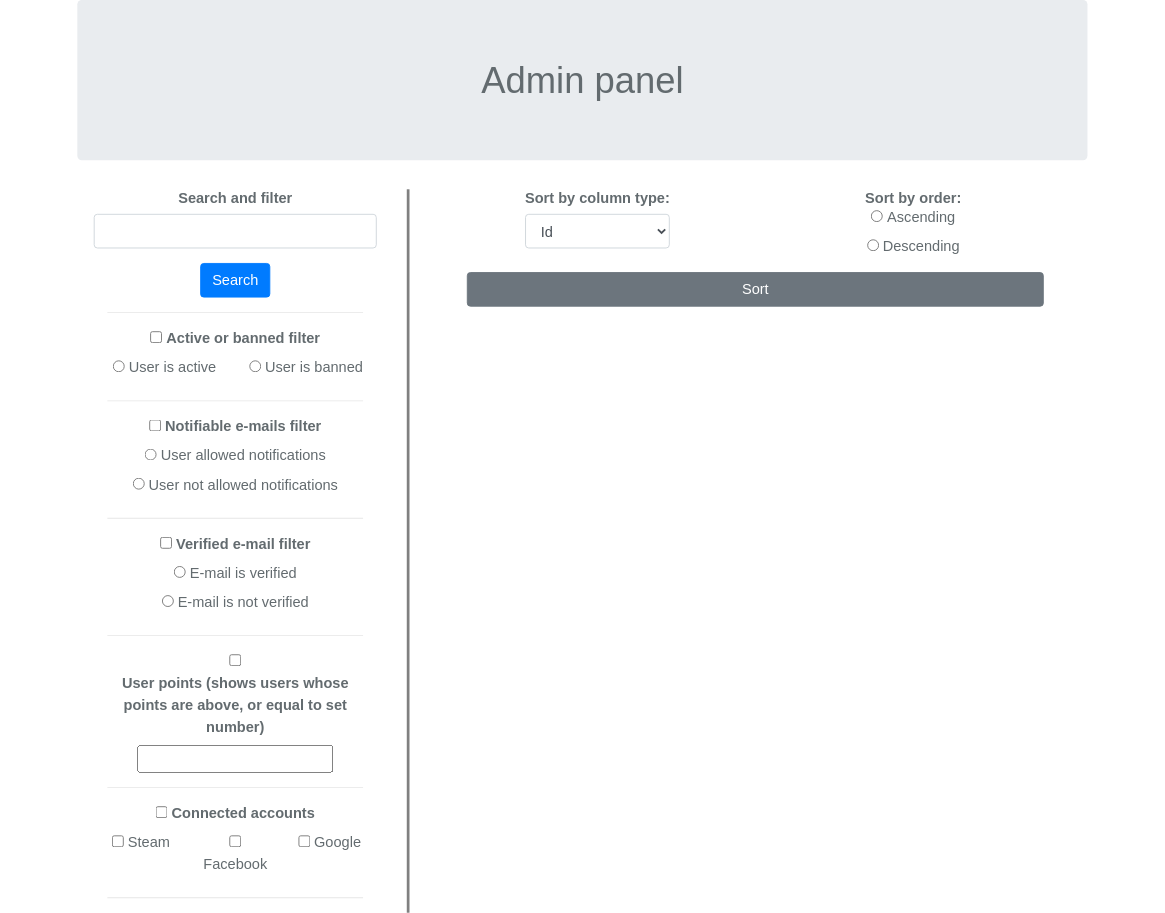
Repository: WOLVGVNG/gameclan
Page: resources/views/admin_panel.blade.php
The author's editor kept a copy of each file at every save. The page is drawn from the files as they stood at one save, then again after a run of saves.
The browser window is 1280 px wide. The pictures show the whole page, at 91% of full size.
The page is served by the project's Laravel application, run on PHP 8.4 with Laravel 8. Other server files are loaded and not shown. The template is opened directly, without the code that normally fills it, so the values that code supplies are empty.

Above is the page before, as saved 2019-03-20 22:56:34.

### routes/web.php
<?php

/*
|--------------------------------------------------------------------------
| Web Routes
|--------------------------------------------------------------------------
|
| Here is where you can register web routes for your application. These
| routes are loaded by the RouteServiceProvider within a group which
| contains the "web" middleware group. Now create something great!
|
*/

Route::get('/', 'AdminPanelController@index');

### resources/views/admin_panel.blade.php
@extends('layout.app')
@section('content')
<div class='container text-center'>
    <h1 class='jumbotron'>Admin panel</h1>
    <form action='/' method='GET'>
        <div class='row'>
            <div class='col-md-4 px-4 px-md-5' style='border-right: 3px solid gray'>
                <!-----------------------------SZUKANIE---------------------------->
                <div class='row'>
                    <h6 class='font-weight-bold mx-auto'>Search and filter</h6>
                    <input type='text' class='form-control' name='search' value='{{ session('search') }}'>
                </div>
                <div class='row'>
                    <button type='submit' class='btn btn-primary mt-3 mx-auto'>Search</button>
                </div>
                <hr>

                <!-----------------------------FILTROWANIE---------------------------->
                <input type='checkbox' name='filter_active_switch' id='active_switch' value=true @if(session('filter_active_switch')==true) echo checked @endif>
                <label for='active_switch' class='font-weight-bold text-center'>Active or banned filter</label>
                <div class='row'>
                    <div class='col'>
                        <input type='radio' name='filter_active' id='active' value='active' @if(session('filter_active')=='active') echo checked @endif>
                        <label for='active'>User is active</label>
                    </div>
                    <div class='col'>
                        <input type='radio' name='filter_active' id='banned' value='banned' @if(session('filter_active  ')=='banned') echo checked @endif>
                        <label for='banned'>User is banned</label>
                    </div>
                </div>

                <hr>

                <input type='checkbox' name='filter_notifiable_email_switch' id='notifiable_email_switch' value=true @if(session('filter_notifiable_email_switch')==true) echo checked @endif>
                <label for='notifiable_email_switch' class='font-weight-bold text-center'>Notifiable e-mails filter</label>
                <div class='row'>
                    <div class='col mx-auto'>
                        <div class='col-12'>
                            <input type='radio' name='filter_notifiable_email' id='notifiable_email_yes' value='true' @if(session('filter_notifiable_email')=='true') echo checked @endif>
                            <label for='notifiable_email_yes'>User allowed notifications</label>
                        </div>
                        <div class='col-12'>
                            <input type='radio' name='filter_notifiable_email' id='notifiable_email_no' value='false' @if(session('filter_notifiable_email')=='false') echo checked @endif>
                            <label for='notifiable_email_no'>User not allowed notifications</label>
                        </div>
                    </div>
                </div>

                <hr>

                {{--<input type='checkbox' name='filter_emails_switch' id='email_switch' value=true @if(session('filter_emails_switch')==true) echo checked @endif>
                <label for='email_switch' class='font-weight-bold text-center'>Users' email's providers</label>
                <div class='row'>
                    <div class='col'>
                        <input type='checkbox' name='filter_emails[]' id='gmail' value='gmail'>
                        <label for='gmail'>Gmail</label>
                    </div>
                    <div class='col'>
                        <input type='checkbox' name='filter_emails[]' id='outlook' value='outlook'>
                        <label for='outlook'>Outlook</label>
                    </div>
                    <div class='col'>
                        <input type='checkbox' name='filter_emails[]' id='yahoo' value='yahoo'>
                        <label for='yahoo'>Yahoo</label>
                    </div>
                    <div class='col'>
                        <input type='checkbox' name='filter_emails[]' id='yandex' value='yandex'>
                        <label for='yandex'>Yandex</label>
                    </div>
                    <div class='col'>
                        <input type='checkbox' name='filter_emails[]' id='icloud' value='icloud'>
                        <label for='icloud'>Icloud</label>
                    </div>
                    <div class='col'>
                        <input type='checkbox' name='filter_emails[]' id='onet' value='onet'>
                        <label for='onet'>Onet</label>
                    </div>
                </div>--}}

                <input type='checkbox' name='filter_verified_email_switch' id='verified_email_switch' value=true @if(session('filter_verified_email_switch')==true) echo checked @endif>
                <label for='verified_email_switch' class='font-weight-bold text-center'>Verified e-mail filter</label>
                <div class='row'>
                    <div class='col mx-auto'>
                        <div class='col-12'>
                            <input type='radio' name='filter_verified_email' id='verified_email_yes' value='true' @if(session('filter_verified_email')=='true') echo checked @endif>
                            <label for='verified_email_yes'>E-mail is verified</label>
                        </div>
                        <div class='col-12'>
                            <input type='radio' name='filter_verified_email' id='verified_email_no' value='false' @if(session('filter_verified_email')=='false') echo checked @endif>
                            <label for='verified_email_no'>E-mail is not verified</label>
                        </div>
                    </div>
                </div>

                <hr>

                <input type='checkbox' name='filter_points_switch' id='points_switch' value=true @if(session('filter_points_switch')==true) echo checked @endif>
                <label for='points_switch' class='font-weight-bold text-center'>User points (shows users whose points are above, or equal to set number)</label>
                <div class='row'>
                    <div class='col-12'>
                        <input type='number' name='filter_points' value={{session('filter_points')}}>
                    </div>
                </div>

                <hr>

                <input type='checkbox' name='filter_connected_accounts_switch' id='connected_accounts_switch' value=true @if(session('filter_connected_accounts_switch')==true) echo checked @endif>
                <label for='connected_accounts_switch' class='font-weight-bold text-center'>Connected accounts</label>
                <div class='row'>
                    <div class='col'>
                        <input type='checkbox' name='filter_connected_accounts_steam' id='connected_accounts_steam' value='steam' @if(session('filter_connected_accounts_steam')=='steam') echo checked @endif>
                        <label for='connected_accounts_steam'>Steam</label>
                    </div>
                    <div class='col'>
                        <input type='checkbox' name='filter_connected_accounts_facebook' id='connected_accounts_facebook' value='facebook' @if(session('filter_connected_accounts_facebook')=='facebook') echo checked @endif>
                        <label for='connected_accounts_facebook'>Facebook</label>
                    </div>
                    <div class='col'>
                        <input type='checkbox' name='filter_connected_accounts_google' id='connected_accounts_google' value='google' @if(session('filter_connected_accounts_google')=='google') echo checked @endif>
                        <label for='connected_accounts_google'>Google</label>
                    </div>
                </div>

                <hr>
            </div>

            <div class='col-md-8 px-4 px-md-5'>
                <!-----------------------------SORTOWANIE---------------------------->
                <div class='row'>
                    <div class='col-sm-6'>
                        <h6 class='font-weight-bold mt-4 mt-md-0'>Sort by column type:</h6>
                        <select class='form-control w-50 mx-auto' name='sort_type' value='{{ session('sort_type') }}'>
                            {{--<option>{{ session('sort_type') }}</option>--}}
                            <option value='id' @if(session('sort_type') == 'id') echo selected @endif>Id</option>
                            <option value='user_name' @if(session('sort_type') == 'user_name') echo selected @endif>User name</option>
                            <option value='email' @if(session('sort_type') == 'email') echo selected @endif>E-mail</option>
                            <option value='notifiable_email' @if(session('sort_type') == 'notifiable_email') echo selected @endif>Notifiable email</option>
                            <option value='email_verified_at' @if(session('sort_type') == 'email_verified_at') echo selected @endif>Email verification date</option>
                            <option value='points' @if(session('sort_type') == 'points') echo selected @endif>Points</option>
                            <option value='steam_id' @if(session('sort_type') == 'steam_id') echo selected @endif>Steam id</option>
                            <option value='facebook_id' @if(session('sort_type') == 'facebook_id') echo selected @endif>Facebook id</option>
                            <option value='google_id' @if(session('sort_type') == 'google_id') echo selected @endif>Google id</option>
                            <option value='geo' @if(session('sort_type') == 'geo') echo selected @endif>Country</option>
                            <option value='lang' @if(session('sort_type') == 'lang') echo selected @endif>Language</option>
                            <option value='ref' @if(session('sort_type') == 'ref') echo selected @endif>Ref</option>
                            <option value='ref_status' @if(session('sort_type') == 'ref_status') echo selected @endif>Ref status</option>
                            <option value='ref_code' @if(session('sort_type') == 'ref_code') echo selected @endif>Ref code</option>
                            <option value='deleted_at' @if(session('sort_type') == 'deleted_at') echo selected @endif>The date of removal</option>
                            <option value='created_at' @if(session('sort_type') == 'created_at') echo selected @endif>Creation date</option>
                            <option value='updated_at' @if(session('sort_type') == 'updated_at') echo selected @endif>Update date</option>
                        </select>
                    </div>
                    <div class='col-sm-6'>
                        <h6 class='font-weight-bold my-4 my-md-0'>Sort by order:</h6>
                        <input type='radio' name='sort_order' value='asc' id='asc'
                                @if(session('sort_order') == 'asc') echo checked @endif>
                        <label for='asc'>Ascending</label>
                        <br>
                        <input type='radio' name='sort_order' value='desc' id='desc'
                                @if(session('sort_order') == 'desc') echo checked @endif>
                        <label for='desc'>Descending</label>
                    </div>
                </div>
                <div class='col mt-2 mb-5'>
                    <button type='submit' class='btn btn-block btn-secondary'>Sort</button>
                </div>
            </form>

            <!-----------------------------WYŚWIETLANIE---------------------------->
            @foreach($users as $user)
                <div class='row mb-5 user-part-div'>
                    <div class='user-part-div col'>
                        <p class='font-weight-bold'>id</p>
                        <p>{{$user->id}}</p>
                    </div>
                    <div class='user-part-div col'>
                        <p class='font-weight-bold'>user_name</p>
                        <p>{{$user->user_name}}</p>
                    </div>
                    <div class='user-part-div col'>
                        <p class='font-weight-bold'>email</p>
                        <p>{{$user->email}}</p>
                    </div>
                    @if(isset($user->email_verified_at))
                        <div class='user-part-div col'>
                            <p class='font-weight-bold'>email_verified_at</p>
                            <p>{{$user->email_verified_at}}</p>
                        </div>
                    @endif
                    @if(isset($user->email_verified_at))
                        <div class='user-part-div col'>
                            <p class='font-weight-bold'>remember_token</p>
                            <p>{{$user->remember_token}}</p>
                        </div>
                    @endif
                    <div class='user-part-div col'>
                        <p class='font-weight-bold'>avatar</p>
                        <p>{{$user->avatar}}</p>
                    </div>
                    <div class='user-part-div col'>
                        <p class='font-weight-bold'>points</p>
                        <p>{{$user->points}}</p>
                    </div>
                    @if(isset($user->steam_id))
                        <div class='user-part-div col'>
                            <p class='font-weight-bold'>steam_id</p>
                            <p>{{$user->steam_id}}</p>
                        </div>
                    @endif
                    @if(isset($user->facebook_id))
                        <div class='user-part-div col'>
                            <p class='font-weight-bold'>facebook_id</p>
                            <p>{{$user->facebook_id}}</p>
                        </div>
                    @endif
                    @if(isset($user->google_id))
                        <div class='user-part-div col'>
                            <p class='font-weight-bold'>google_id</p>
                            <p>{{$user->google_id}}</p>
                        </div>
                    @endif
                    <div class='user-part-div col'>
                        <p class='font-weight-bold'>geo</p>
                        <p>{{$user->geo}}</p>
                    </div>
                    <div class='user-part-div col'>
                        <p class='font-weight-bold'>lang</p>
                        <p>{{$user->lang}}</p>
                    </div>
                    @if(isset($user->ref))
                        <div class='user-part-div col'>
                            <p class='font-weight-bold'>ref</p>
                            <p>{{$user->ref}}</p>
                        </div>
                    @endif
                    @if(isset($user->ref_status))
                        <div class='user-part-div col'>
                            <p class='font-weight-bold'>ref_status</p>
                            <p>{{$user->ref_status}}</p>
                        </div>
                    @endif
                    <div class='user-part-div col'>
                        <p class='font-weight-bold'>ref_code</p>
                        <p>{{$user->ref_code}}</p>
                    </div>
                    @if(isset($user->deleted_at))
                        <div class='user-part-div col'>
                            <p class='font-weight-bold'>deleted_at</p>
                            <p>{{$user->deleted_at}}</p>
                        </div>
                    @endif
                    <div class='user-part-div col'>
                        <p class='font-weight-bold'>created_at</p>
                        <p>{{$user->created_at}}</p>
                    </div>
                    @if(isset($user->updated_at))
                        <div class='user-part-div col'>
                            <p class='font-weight-bold'>updated_at</p>
                            <p>{{$user->updated_at}}</p>
                        </div>
                    @endif
                </div>
            @endforeach
        </div>
    </div>

    <!-----------------------------PAGINACJA---------------------------->
    <div class='row'>
        <div class='mx-auto'>
            {{ $users->links() }}
        </div>
    </div>
</div>
@endsection

### resources/views/layout/app.blade.php
<!doctype html>
<html lang="{{ str_replace('_', '-', app()->getLocale()) }}">
    <head>
        <meta charset="utf-8">
        <meta name="viewport" content="width=device-width, initial-scale=1">

        <title>Laravel</title>

        <link rel="stylesheet" href="https://stackpath.bootstrapcdn.com/bootstrap/4.3.1/css/bootstrap.min.css" integrity="sha384-ggOyR0iXCbMQv3Xipma34MD+dH/1fQ784/j6cY/iJTQUOhcWr7x9JvoRxT2MZw1T" crossorigin="anonymous">

        <style>
            html, body {
                background-color: #fff;
                color: #636b6f;
                font-family: 'Nunito', sans-serif;
                font-weight: 200;
                height: 100vh;
                margin: 0;
            }

            .user-part-div {
                border: 2px solid gray;
            }
        </style>
    </head>
    <body>
        @yield('content')

    </body>
</html>

After the next 2 saves:
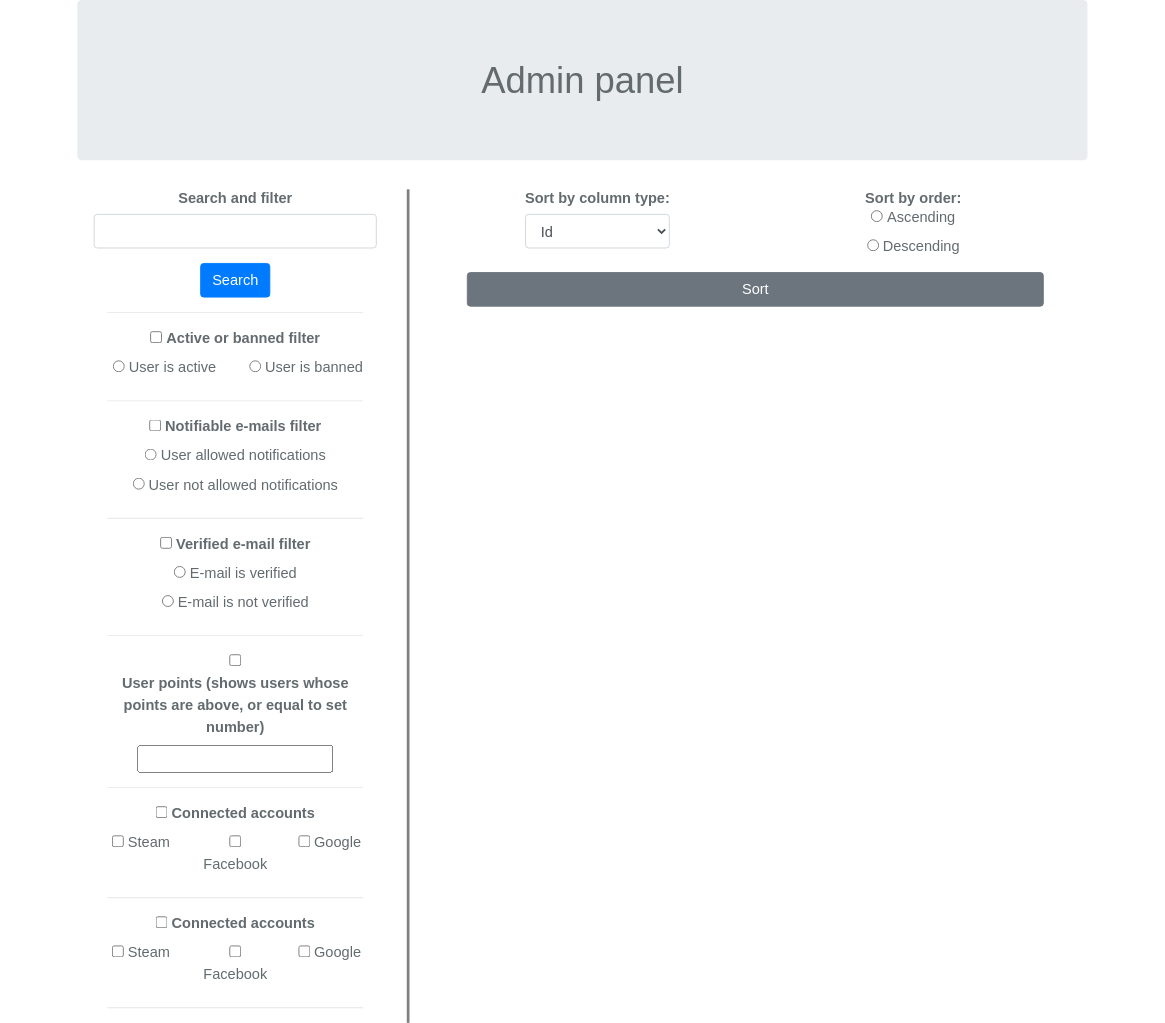
The 2 saves are shown as one change because they came seconds apart.
The last was saved 6 min 48 s later.
--- a/resources/views/admin_panel.blade.php
+++ b/resources/views/admin_panel.blade.php
@@ -118,6 +118,25 @@
                     <div class='col'>
                         <input type='checkbox' name='filter_connected_accounts_google' id='connected_accounts_google' value='google' @if(session('filter_connected_accounts_google')=='google') echo checked @endif>
                         <label for='connected_accounts_google'>Google</label>
+                    </div>
+                </div>
+
+                <hr>
+
+                <input type='checkbox' name='filter_geo_switch' id='geo_switch' value=true @if(session('filter_geo_switch')==true) echo checked @endif>
+                <label for='geo_switch' class='font-weight-bold text-center'>Connected accounts</label>
+                <div class='row'>
+                    <div class='col'>
+                        <input type='checkbox' name='filter_geo_steam' id='geo_steam' value='steam' @if(session('filter_geo_steam')=='steam') echo checked @endif>
+                        <label for='geo_steam'>Steam</label>
+                    </div>
+                    <div class='col'>
+                        <input type='checkbox' name='filter_geo_facebook' id='geo_facebook' value='facebook' @if(session('filter_geo_facebook')=='facebook') echo checked @endif>
+                        <label for='geo_facebook'>Facebook</label>
+                    </div>
+                    <div class='col'>
+                        <input type='checkbox' name='filter_geo_google' id='geo_google' value='google' @if(session('filter_geo_google')=='google') echo checked @endif>
+                        <label for='connected_geo_google'>Google</label>
                     </div>
                 </div>
 
